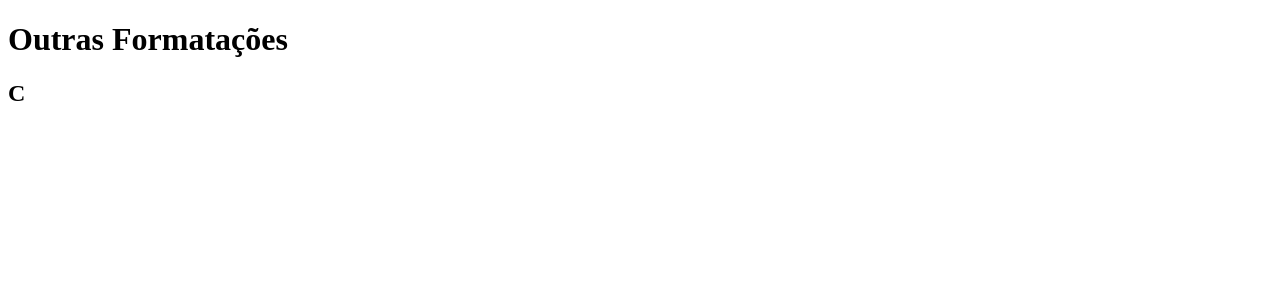
Repository: Guillermomarcon/exercicios
Page: ex009/index.html
An editor plug-in stored every save of this project. The page is shown before and after a run of saves, followed by the edit.
The browser window is 1280 px wide. The pictures show the whole page.

Above is the page before, as saved 2020-12-10 01:18:13.

### ex009/index.html
<!DOCTYPE html>
<html lang="pt-br">
<head>
    <meta charset="UTF-8">
    <meta name="viewport" content="width=device-width, initial-scale=1.0">
    <title>Outras Formatações</title>
</head>
<body>
    <h1>Outras Formatações</h1>
    <h2>C</h2>


</body>
</html>

After the next 3 saves:
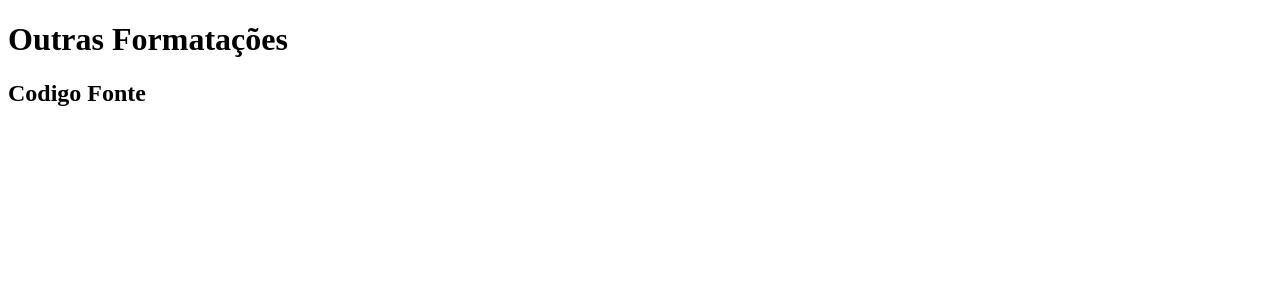
The 3 saves are shown as one change because they came seconds apart.
The last was saved 9 s later.
--- a/ex009/index.html
+++ b/ex009/index.html
@@ -7,7 +7,8 @@
 </head>
 <body>
     <h1>Outras Formatações</h1>
-    <h2>C</h2>
+    <h2>Codigo Fonte</h2>
+    <p></p>
 
 
 </body>
